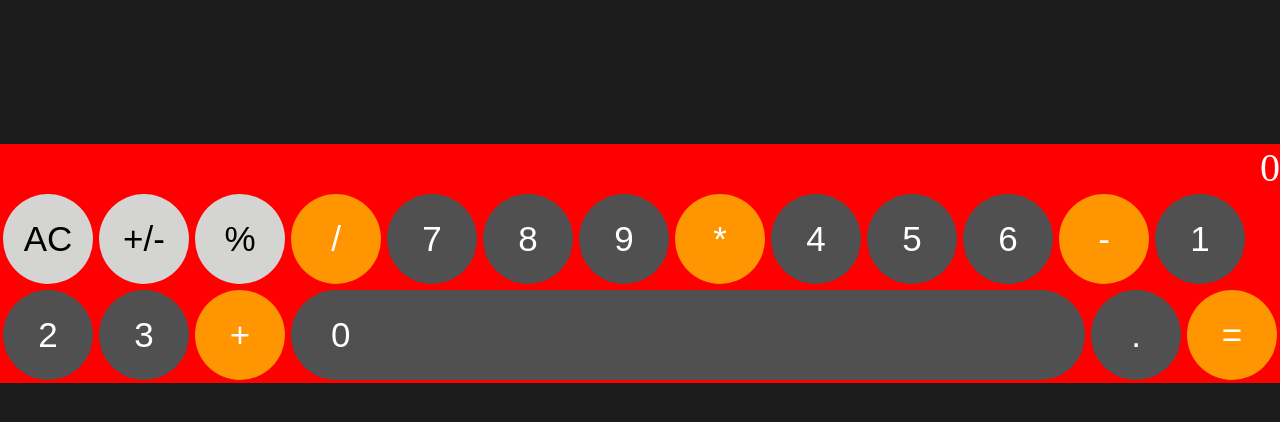
Repository: Sukhvir-Grewal/Calculator
Page: index.html
These files come from the project's save history. The page is drawn as it stood at one moment and after the next save; the edit follows.
The browser window is 1280 px wide. The pictures show the whole page.

Above is the page before, as saved 2023-12-07 12:59:34.

### index.html
<!DOCTYPE html>
<html lang="en">
    <head>
        <meta charset="UTF-8" />
        <meta http-equiv="X-UA-Compatible" content="IE=edge" />
        <meta name="viewport" content="width=device-width, initial-scale=1.0" />
        <title>Document</title>
        <link rel="stylesheet" href="index.css" />
    </head>
    <body>
      <div class="container">
          <div class="result">0</div>
            <button class="clear commands">AC</button>
            <button class="positiveOrNegative commands">+/-</button>
            <button class="persentage commands" value="%">%</button>
            <button class="divide operator" value="/">/</button>

            <button class="operands" value="7">7</button>
            <button class="operands" value="8">8</button>
            <button class="operands" value="9">9</button>
            <button class="Multiply operator" value="*">*</button>

            <button class="operands" value="4">4</button>
            <button class="operands" value="5">5</button>
            <button class="sex operands" value="6">6</button>
            <button class="Minus operator" value="-">-</button>

            <button class="operands" value="1">1</button>
            <button class="operands" value="2">2</button>
            <button class="operands" value="3">3</button>
            <button class="plus operator" value="+">+</button>

            <button class="Zero operands" value="0">0</button>
            <button class="dot operands" value="">.</button>
            <button class="equal operator">=</button>
        </div>
        <script src="index.js"></script>
    </body>
</html>

### index.css
* {
    margin: 0;
    padding: 0;
}
html,
body {
    background-color: #1c1c1c;
    /* width: 100vw;
  height: 100vh; */
}

.blackBox {
    width: 100px;
    height: 230px;
    background-color: #1c1c1c;
}

.container {
    display: flex;
    flex-wrap: wrap;
    background-color: red;
    /* height: 100dvh; */
    margin-top: 20vh;
}
button {
    width: 90px;
    height: 90px;
    border-radius: 50%;
    font-size: 35px;
    margin: 3px;
    border: none;
}
.Zero {
    border-radius: 50px;
    flex-grow: 2;
    text-align: left;
    padding: 0 40px;
}
.operator {
    background-color: #ff9500;
    color: white;
}
.commands {
    background-color: #d4d4d2;
}
.operands {
    background-color: #505050;
    color: white;
}
.result {
    width: 100vw;
    border: 10px;
    color: white;
    display: flex;
    justify-content: flex-end;
    align-items: flex-end;
    font-size: 40px;
}

.get_number{
    margin: 20px;
}

### index.js
let firstValue = "";
let secondValue = "";
let currentOperator = "";
let readingFirstValue = true;
var operands_count = 0;

let numbers = document.querySelectorAll(".operands");
let operator_ = document.querySelectorAll(".operator");
let result = document.querySelector(".result");
let clear = document.querySelector(".clear");
let equal = document.querySelector(".equal");
let PorN = document.querySelector(".positiveOrNegative");
let dot = document.querySelector(".dot");
let percentage = document.querySelector(".percentage");

clear.addEventListener("click", function (e) {
    toggleNumbersColor();
    toggleOperandsColor();
    clear.innerHTML = "AC";
    result.innerHTML = "0";
    firstValue = "";
    secondValue = "";
    currentOperator = "";
    readingFirstValue = true;
});

equal.onclick = function () {
    calculate();
};

for (var i = 0; i < numbers.length; i++) {
    var str = "";
    numbers[i].addEventListener("click", function (e) {
        toggleOperandsColor();
        var target_ = e.target.style;
        for (var j = 0; j < numbers.length; j++) {
            numbers[j].style.backgroundColor = "#505050";
        }
        target_.backgroundColor = "#868686";
        let value_ = e.target.getAttribute("value");
        if (readingFirstValue == true) {
            clear.innerHTML = "C";
            addFirstValue(value_);
            PorN.onclick = () => {
                isFirstPositive();
            };
            dot.onclick = function () {
                firstDotValue();
            };
            percentage.onclick = function () {
                firstValuePercentage();
            };
        } else {
            addSecondValue(value_);
            PorN.onclick = () => {
                isSecondPositive();
            };
            dot.onclick = function () {
                SecondDotValue();
            };
            percentage.onclick = function () {
                SecondValuePercentage();
            };
        }
    });
}
for (var i = 0; i < operator_.length; i++) {
    operator_[i].addEventListener("click", function (e) {
        toggleNumbersColor();
        var target_ = e.target.style;
        for (var j = 0; j < operator_.length; j++) {
            operator_[j].style.backgroundColor = "#ff9500";
            operator_[j].style.color = "white";
        }
        target_.backgroundColor = "white";
        target_.color = "#ff9500";
        if (firstValue != "") {
            let new_operator = e.target.getAttribute("value");
            currentOperator = new_operator;
            if (secondValue == "") readingFirstValue = false;
            if (operands_count > 0) {
                calculate();
                readingFirstValue = false;
            }
            operands_count++;
        }
    });
}

function addFirstValue(value_) {
    result.innerHTML = "";
    firstValue += value_;
    result.innerHTML = firstValue;
}

function addSecondValue(value_) {
    result.innerHTML = "";
    secondValue += value_;
    result.innerHTML = secondValue;
}

function calculate() {
    if (firstValue != "" && secondValue != "" && operator_ != "") {
        let ans;
        let firstVal = parseFloat(firstValue);
        let secondVal = parseFloat(secondValue);
        switch (currentOperator) {
            case "/":
                ans = firstVal / secondVal;
                break;
            case "*":
                ans = firstVal * secondVal;
                break;
            case "+":
                ans = firstVal + secondVal;
                break;
            case "-":
                ans = firstVal - secondVal;
                break;
        }
        result.innerHTML = ans;
        readingFirstValue = true;
        firstValue = ans;
        secondValue = "";
        currentOperator = "";
    }
}
function isFirstPositive() {
    var str = document.querySelector(".result");
    var change = parseFloat(str.innerHTML);
    if (change > 0) {
        str.innerHTML = "-" + str.innerHTML;
    } else if (str.innerHTML != "0") {
        str.innerHTML = str.innerHTML.slice(1);
    }
    firstValue = str.innerHTML;
}
function isSecondPositive() {
    var str = document.querySelector(".result");
    var change = parseFloat(str.innerHTML);
    if (change > 0) {
        str.innerHTML = "-" + str.innerHTML;
    } else if (str.innerHTML != "0") {
        str.innerHTML = str.innerHTML.slice(1);
    }
    secondValue = str.innerHTML;
}
function firstDotValue() {
    var hasDot = false;
    for (var i = 0; i < result.innerHTML.length; i++) {
        if (result.innerHTML[i] == ".") hasDot = true;
    }
    if (hasDot == false) {
        result.innerHTML = result.innerHTML + ".";
        firstValue = result.innerHTML;
    }
}
function SecondDotValue() {
    var hasDot = false;
    for (var i = 0; i < result.innerHTML.length; i++) {
        if (result.innerHTML[i] == ".") hasDot = true;
    }
    if (hasDot == false) {
        result.innerHTML = result.innerHTML + ".";
        secondValue = result.innerHTML;
    }
}
function firstValuePercentage() {
    toggleOperandsColor();
    toggleNumbersColor();
    var val = parseFloat(firstValue);
    val = val / 100;
    result.innerHTML = val;
    firstValue = val;
}
function SecondValuePercentage() {
    toggleOperandsColor();
    toggleNumbersColor();
    var val = parseFloat(firstValue);
    val = val / 100;
    result.innerHTML = val;
    secondValue = val;
}
function toggleOperandsColor() {
    for (var j = 0; j < operator_.length; j++) {
        operator_[j].style.backgroundColor = "#ff9500";
        operator_[j].style.color = "white";
    }
}
function toggleNumbersColor() {
    for (var j = 0; j < operator_.length; j++) {
        numbers[j].style.backgroundColor = "#505050";
    }
}

After the next save:
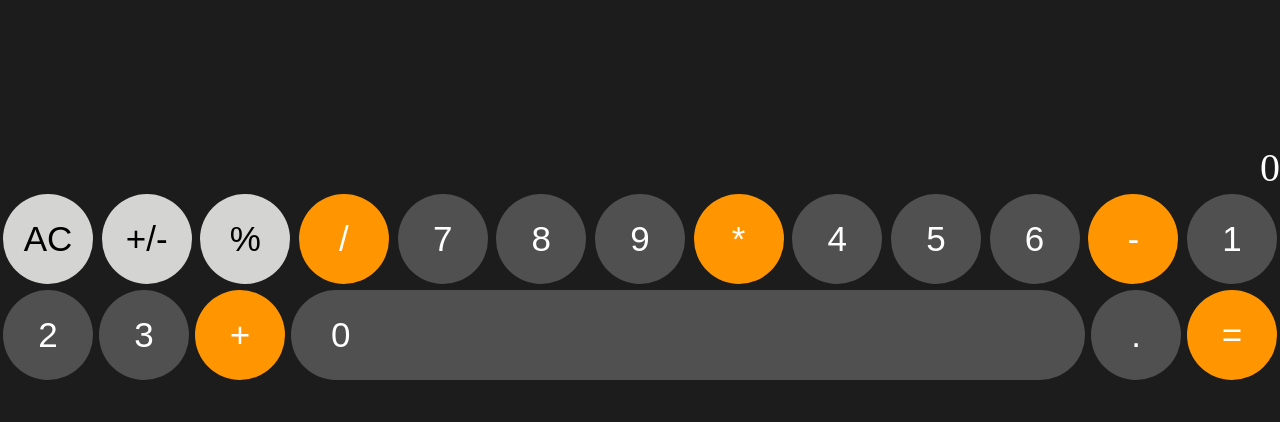
Saved 58 s later.
--- a/index.css
+++ b/index.css
@@ -18,9 +18,9 @@
 .container {
     display: flex;
     flex-wrap: wrap;
-    background-color: red;
     /* height: 100dvh; */
     margin-top: 20vh;
+    justify-content: space-between;
 }
 button {
     width: 90px;
